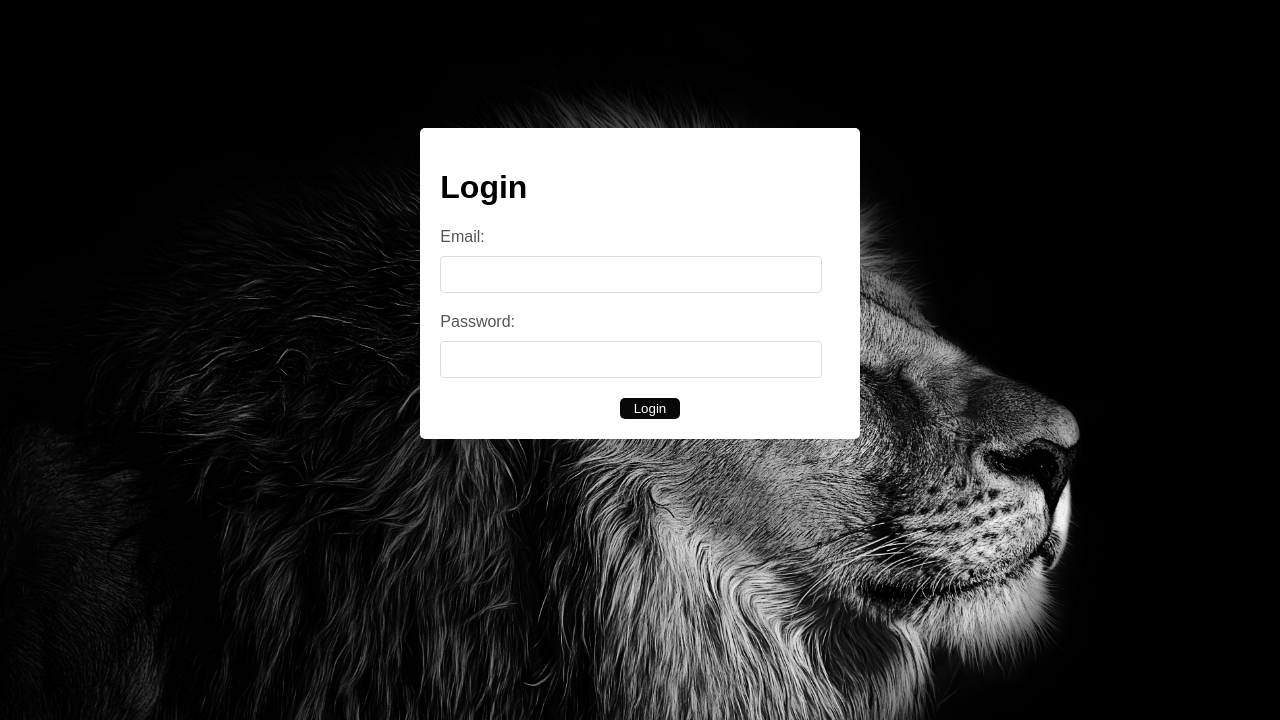
Repository: TemoshoS/User-Profile
Page: http://localhost/login
The author's editor kept a copy of each file at every save. The page is drawn from the files as they stood at one save, then again after the next save.
The browser window is 1280 px wide. The pictures show the whole page.
The page is served by the project's Node server (app.js).

Above is the page before, as saved 2023-08-02 09:06:43.

### views/login.ejs
<!DOCTYPE html>
<html>
<head>
  <title>Login Page</title>
  <link rel="stylesheet"  href="style.css">
</head>
<body style=" background-size: cover;background-image: url('./images/wallpaper-4106667.jpg');">

  <form method="post" action="/login">
    <h1>Login</h1>
    <label for="email">Email:</label>
    <input type="email" id="email" name="email" required><br>
    <label for="password">Password:</label>
    <input type="password" id="password" name="password" required><br>
    <button type="submit">Login</button>
  </form>
  <p style="color: red;"><%= message %></p>
</body>
</html>

### app.js
const express = require('express');
const session = require('express-session');
const bodyParser = require('body-parser');
const morgan = require('morgan');
const app = express();
const path = require('path');


const users = [
    {
      id: 1,
      username: 'Temosho',
      email: 'test@gmail.com',
      password: '12345678',
      images: ['messi.jpg', 'liverpool.jpeg', 'legend.jpeg'],
      videos: ['video1.mp4', 'video2.mp4', 'video3.mp4'],
    },

    {
        id: 2,
        username: 'Shaku',
        email: 'test2@gmail.com',
        password: '12345678',
        images: ['hotel-1979406.jpg', 'room-2269594.jpg', 'villa-1737168.jpg'],
        videos: ['video1.mp4', 'video2.mp4', 'video3.mp4'],
      },

      {
        id: 3,
        username: 'Tmz',
        email: 'test3@gmail.com',
        password: '12345678',
        images: ['hotel-1979406.jpg', 'room-2269594.jpg', 'villa-1737168.jpg'],
        videos: ['video1.mp4', 'video2.mp4', 'video3.mp4'],
      },

  ];


app.set('view engine', 'ejs');
// Middleware
app.use(express.static(path.join(__dirname, 'public')));

app.use(morgan('dev'));

app.use(session({
  secret: 'your_secret_key',
  resave: false,
  saveUninitialized: true,
}));

app.use(bodyParser.urlencoded({ extended: true }));
// Log the starting point of the app
console.log('Start');

function requireLogin(req, res, next) {
  if (req.session && req.session.user) {
    return next();
  } else {
    return res.redirect('/login');
  }
}

app.get('/', requireLogin, (req, res) => {
  res.redirect('/dashboard');
});

app.get('/login', (req, res) => {
  res.render('login', { message: '' });
});

//asynchronous login function
function performLogin(email, password) {
  return new Promise((resolve, reject) => {
    setTimeout(() => {
      const user = users.find(user => user.email === email && user.password === password);
      if (user) {
        resolve(user);
      } else {
        reject(new Error('Invalid credentials'));
      }
    }, 1000);
  });
}

app.post('/login', async (req, res) => {
    const { email, password } = req.body;

    try {
      const user = await performLogin(email, password);
      req.session.user = user;
      res.redirect('/dashboard');
    } catch (error) {
      res.render('login', { message: 'Invalid credentials, please try again.' });
    }
  });


  app.get('/dashboard', requireLogin, (req, res) => {
    getUserImages(req.session.user.id)
      .then((userImages) => {
        getUserVideos(req.session.user.id)
          .then((userVideos) => {
            console.log('User Images:', userImages);
            console.log('User Videos:', userVideos);
            res.render('dashboard', { user: req.session.user, images: userImages, videos: userVideos });
          })
          .catch((error) => {
            console.log('Error fetching user videos:', error);
            res.render('dashboard', { user: req.session.user, images: userImages, videos: [] });
          });
      })
      .catch((error) => {
        console.log('Error fetching user images:', error);
        res.render('dashboard', { user: req.session.user, images: [], videos: [] });
      });
  });


// Function to get user images from the users array using Promises
  function getUserImages(userId) {
    return new Promise((resolve, reject) => {

      const user = users.find(user => user.id === userId);
      if (user) {
        resolve(user.images || []);
      } else {
        reject(new Error('User not found'));
      }
    });
  }

  // Function to get user videos from the users array using Promises with an artificial delay
  function getUserVideos(userId) {
    return new Promise((resolve, reject) => {

      const user = users.find(user => user.id === userId);
      if (user) {

        setTimeout(()=>{

             resolve(user.videos || []);
        },5000)

      } else {
        reject(new Error('User not found'));
      }
    });
  }

app.get('/logout', (req, res) => {
  req.session.destroy((err) => {
    if (err) {
      console.log(err);
    }
    res.redirect('/login');
  });
});




const port = 3000;
app.listen(port, () => {
  console.log(`Server running on port ${port}`);
});

### public/style.css
body {
  display: flex;
  flex-direction: column;
  align-items: center;
  justify-content: center;
  font-family: Arial, sans-serif;
  background-color: #f2f2f2;
  margin: 0;
  padding: 0;

}



form {
  margin-top: 10%;
  padding: 20px;
  width: 31.2%;
  background-color: #fff;
  border-radius: 5px;


}

label {
  display: block;
  margin-bottom: 10px;
  color: #555;
}

input {
  width: 90%;
  padding: 10px;
  margin-bottom: 20px;
  border: 1px solid #ddd;
  border-radius: 4px;
}

button {
  background-color: #080808;
  color: #fff;
  border: none;
  width: 15%;
  height: 3vh;
  border-radius: 5px;
  cursor: pointer;
  margin-left: 45%;
}

p {
  font-weight: bold;
}

After the next save:
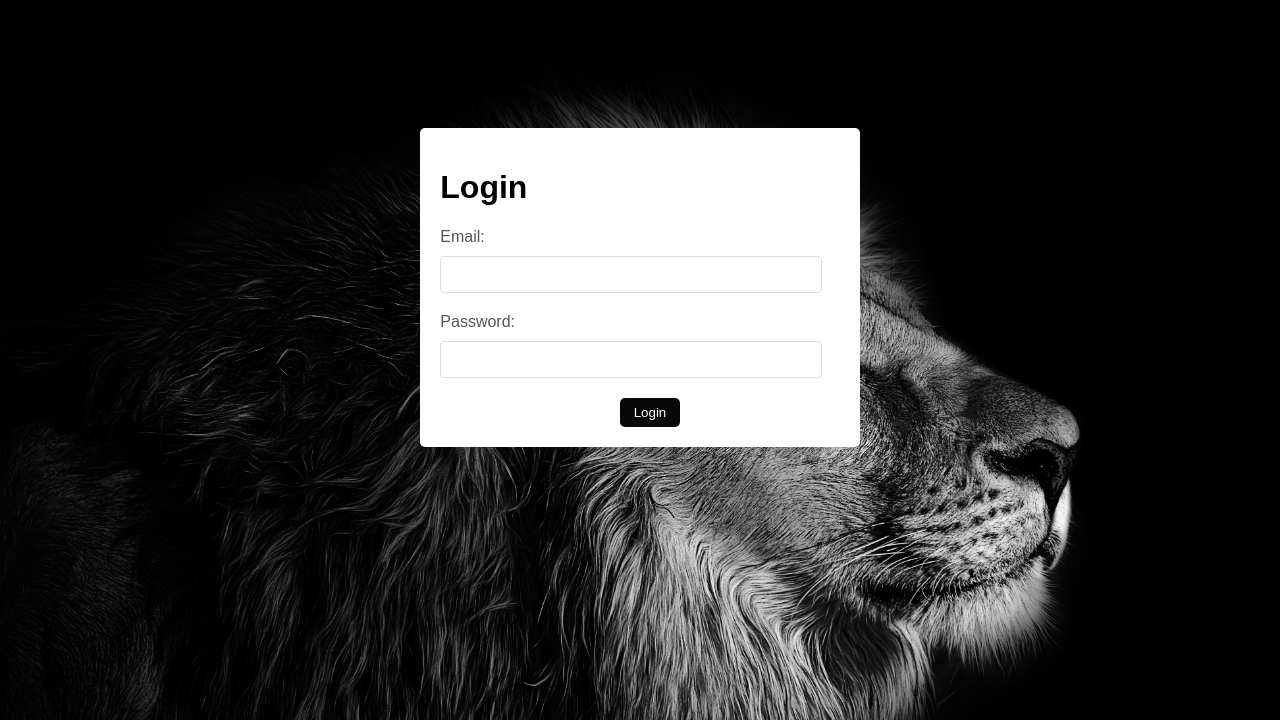
Saved 6 s later.
--- a/public/style.css
+++ b/public/style.css
@@ -41,7 +41,7 @@ button {
   color: #fff;
   border: none;
   width: 15%;
-  height: 3vh;
+  height: 4vh;
   border-radius: 5px;
   cursor: pointer;
   margin-left: 45%;
